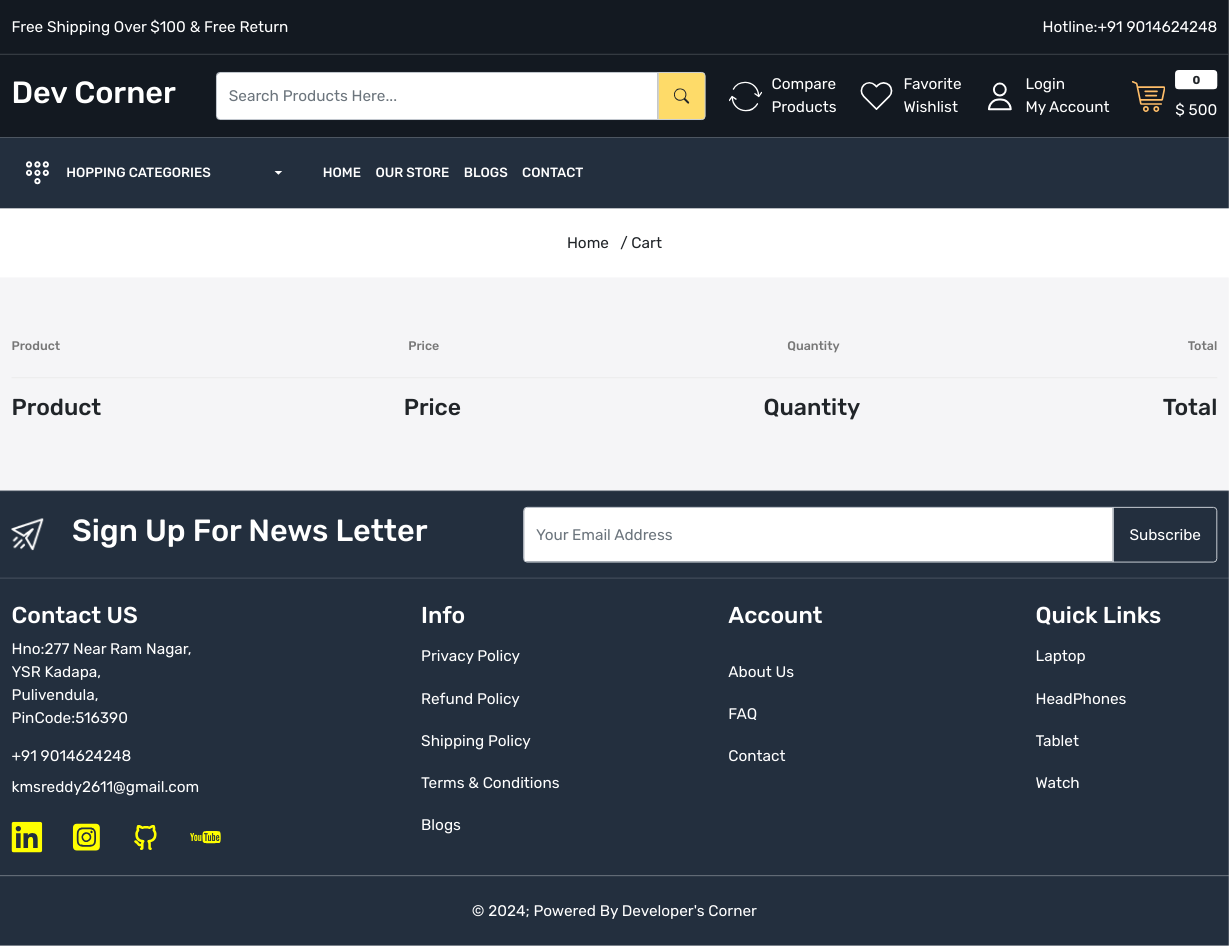
Repository: maniheist/ecommerce-app
Page: /cart
An editor plug-in stored every save of this project. The page is shown before and after the next save, followed by the edit.
The browser window is 1280 px wide. The pictures show the whole page, at 96% of full size.
The project was rebuilt for these pictures with package versions that can differ from the ones it lists, and the page was loaded fresh each time. Also part of the build but not shown: src/components/BlogCard.js, src/components/ProductCard.js, src/components/SpecialProduct.js, src/pages/Home.js, src/pages/About.js, src/pages/Contact.js, src/components/Color.js, src/pages/OurStore.js and 13 more.

Above is the page before, as saved 2024-02-21 17:16:21.

### public/index.html
<!DOCTYPE html>
<html lang="en">
  <head>
    <meta charset="utf-8" />
    <link rel="icon" href="%PUBLIC_URL%/favicon.ico" />
    <meta name="viewport" content="width=device-width, initial-scale=1" />
    <meta name="theme-color" content="#000000" />
    <meta
      name="description"
      content="Web site created using create-react-app"
    />
    <link rel="apple-touch-icon" href="%PUBLIC_URL%/logo192.png" />

    <link rel="preconnect" href="https://fonts.googleapis.com" />
    <link rel="preconnect" href="https://fonts.gstatic.com" crossorigin />
    <link
      href="https://fonts.googleapis.com/css2?family=Rubik:ital,wght@0,300..900;1,300..900&display=swap"
      rel="stylesheet"
    />
    <link
      href="https://cdn.jsdelivr.net/npm/bootstrap@5.0.2/dist/css/bootstrap.min.css"
      rel="stylesheet"
      integrity="sha384-EVSTQN3/azprG1Anm3QDgpJLIm9Nao0Yz1ztcQTwFspd3yD65VohhpuuCOmLASjC"
      crossorigin="anonymous"
    />
    <link rel="manifest" href="%PUBLIC_URL%/manifest.json" />

    <title>React Redux App</title>
  </head>
  <body>
    <noscript>You need to enable JavaScript to run this app.</noscript>
    <div id="root"></div>
    <script
      src="https://cdn.jsdelivr.net/npm/bootstrap@5.0.2/dist/js/bootstrap.bundle.min.js"
      integrity="sha384-MrcW6ZMFYlzcLA8Nl+NtUVF0sA7MsXsP1UyJoMp4YLEuNSfAP+JcXn/tWtIaxVXM"
      crossorigin="anonymous"
    ></script>
  </body>
</html>

### src/index.js
import React from 'react';
import { createRoot } from 'react-dom/client';

import App from './App';

const container = document.getElementById('root');
const root = createRoot(container);

root.render(

      <App />

);

### src/App.js
import React from 'react';
import './App.css';
import {BrowserRouter,Routes,Route} from "react-router-dom";
import Layout from "./components/Layout";
import Home from "./pages/Home"
import About from "./pages/About"
import Contact from "./pages/Contact"
import OurStore from './pages/OurStore';
import Blog from "./pages/Blog";
import CompareProduct from './pages/CompareProduct';
import Wishlist from './pages/Wishlist';
import Login from './pages/Login';
import Forgotpassword from './pages/Forgotpassword';
import Signup from './pages/Signup';
import Resetpassword from './pages/Resetpassword';
import SingleBlog from './pages/SingleBlog';
import PrivacyPolicy from './pages/PrivacyPolicy';
import RefundPolicy from './pages/RefundPolicy';
import ShippingPolicy from './pages/ShippingPolicy';
import TermAndConditions from './pages/TermAndConditions';
import SingleProduct from './pages/SingleProduct';
import Cart from './pages/Cart';
function App() {
  return (
    <>
      <BrowserRouter>
        <Routes>
        <Route path="/" element={<Layout />}>
<Route index element={<Home />} />
<Route path="about" element={<About />}/>
<Route path="contact" element={<Contact />}/>
<Route path="product" element={<OurStore />}/>
<Route path="product/:id" element={<SingleProduct />}/>
<Route path="blogs" element={<Blog />}/>
<Route path="blog/:id" element={<SingleBlog />}/>
<Route path="cart" element={<Cart />}/>
<Route path="compare-product" element={<CompareProduct />}/>
<Route path="wishlist" element={<Wishlist />}/>
<Route path="login" element={<Login />}/>
<Route path="forgot-password" element={<Forgotpassword />}/>
<Route path="signup" element={<Signup />}/>
<Route path="reset-password" element={<Resetpassword />}/>
<Route path="privacy-policy" element={<PrivacyPolicy />}/>
<Route path="refund-policy" element={<RefundPolicy />}/>

<Route path="shipping-policy" element={<ShippingPolicy />}/>
<Route path="term-conditions" element={<TermAndConditions />}/>


        </Route>

        </Routes>
      </BrowserRouter>
    </>

  );
}

export default App;

### src/App.css
*{
  margin:0;
  padding:0;
  box-sizing:border-box;
}
:root{
  --color-131921:#131921;
  --color-3b4149:#3b4149;
--color-febd69:#fedb69;
--color-232f3e:#232f3e;
--color-bf4800:#bf4800;
--color-f5f5f7:#f5f5f7;
--color-ededed:#ededed;
--color-777777:#777777;
--color-1c1b1b:#1c1b1b;
--color-f2f2f2:#f2f2f2;
}

.section-heading{
  font-size: 26px;
  line-height: 32px;
  font-weight: 500;
  margin-bottom: 30px;

}
.card-wrapper{
  background-color: white;
  box-shadow: 0 0 10px #0000001a;
  padding: 15px;
}

.button{
  background-color:var(--color-232f3e) ;
  color: white;
  padding: 13px 33px;
  font-size: 14px;
  border-radius: 15px;
}
.button:hover{
  background-color: var(--color-febd69);
  color:#131921
}
body {
  font-family:"Rubik", sans-serif;
}
a {
  text-decoration:none;
  display:inline-block;
}

.form-control:focus{
  box-shadow:none;
  border-color: inherit;
}

/*header part*/
.header-top-strip{
  border-bottom: 1px solid var(--color-3b4149);
  background-color:var(--color-131921) ;
}

.header-upper{
  background-color: var(--color-131921);
}

.header-bottom{
  background-color: var(--color-232f3e);
}

.header-upper .input-group-text{
  background-color: var(--color-febd69);
}

.header-upper.header-upper-links img{
  width:35px;
  height: 35px;
}

.gap-10{
  gap: 10px;
}


.gap-15{
  gap: 15px;
}

.gap-30{
  gap: 30px;
}
.header-bottom .menu-links a,
.header-bottom .dropdown button
{
  color: white;
  font-size: 14px;
  line-height: 18px;
  font-weight: 480;
  letter-spacing:0.3;
  text-transform: uppercase;
}

.header-bottom .dropdown button:focus{
  box-shadow: none;
}

.header-bottom .dropdown-menu{
  background-color: var(--color-131921);
  width:100%;
  transform: translate3d(0px,57px,0px) !important;
}

.header-bottom .dropdown-item{
  padding:20px;
  margin-bottom: 3px;
  border-bottom: 1px solid var(--color-3b4149)
  ;

}
.header-bottom .dropdown-item:hover{
  background-color: transparent;
  color: var(--color-febd69) !important;
}
/*header part end */


/*footer part  */

footer{
  background-color: var(--color-232f3e);
}



footer:not(:first-child){
  border-top:1px solid rgba(255,255,255,0.1);

}

footer .input-group-text{
  background-color: var(--color-232f3e);
  color:white;
  padding:8px 17px;
}
/* footer part end */

/*Home page*/

.main-banner-content{
  top:15%;
  left:5%;
}

.main-banner-content h4{

  font-size: 19px;
  font-weight: 400;
  line-height: 24px;
  color:var(--color-bf4800);
  margin: 0 0 12px;
  letter-spacing: 0.3px;
  text-transform: uppercase;

}

.main-banner-content h5{
  font-size: 52px;
  font-weight: 500;
  line-height: 64px;
  letter-spacing: -2px;
  text-transform: none;

}

.main-banner-content p{
  font-size: 18px;
  line-height: 28px;
  letter-spacing: 0.4px;
  font-weight: 100;
  color: var(--color-131921);
}


.small-banner-content{
  top:25%;
  left:10%;
}

.small-banner-content h4{

  font-size: 21px;
  font-weight: 400;
  line-height: 24px;
  color:var(--color-bf4800);
  margin: 0 0 12px;
  letter-spacing: 0.3px;
  text-transform: uppercase;
}
.small-banner-content h5{
  font-size: 33px;
  font-weight: 500;
  line-height: 34px;
  letter-spacing: -2px;
  text-transform: none;

}

.small-banner-content p{
  font-size: 18px;
  line-height: 28px;
  letter-spacing: 0.4px;
  font-weight: 100;
  color: var(--color-131921);
}

.small-banner{
  width: 49%;

}


/* Home wrapper 2 */

.home-wrapper-2{
  background-color: var(--color-f5f5f7);

}

/* Home wrapper 2 ends */

/* categories section */

.categories{
  background-color: white;
  box-shadow: 0 0 10px #0000001a;
  padding: 15px;
}

.categories > div{
  width:25%;
  padding: 10px 10px 10px 20px;
}

.categories > div:nth-child(1),
.categories > div:nth-child(2),
.categories > div:nth-child(3),
.categories > div:nth-child(4){
  border-bottom: 1px solid var(--color-ededed) ;
}

.categories>div>div{
  width:60%
}

.categories > div:nth-child(1),
.categories > div:nth-child(2),
.categories > div:nth-child(3){
  border-right: 1px solid var(--color-ededed) ;
}

.categories > div:nth-child(5),
.categories > div:nth-child(6),
.categories > div:nth-child(7){
  border-right: 1px solid var(--color-ededed) ;
}
/* categories end */

/* Home Page End */


/* Blogcard */

.blog-card{
  background-color: white;
  padding:20px;
  border-radius:10px;
}

.blog-card img{
  border-top-left-radius:10px;
  border-top-right-radius:10px;
}

.blog-content{
  padding: 15px;

}

.blog-contentp.date{
  font-size: 13px;
  line-height: 24px;
  text-transform: uppercase;
  letter-spacing: 0;
  font-weight: 400;
  color: var(--color-777777);
  padding: 0;

}

.blog-content h5{
  font-size: 18px;
  color: var(--color-131921);
}


.blog-content p.desc{
  font-size: 13px;
  line-height: 22px;
  color: var(--color-777777);
}

.single-blog-card a{
  font-size: 18px;
  color: var(--color-777777);;
  margin-bottom: 20px;
}
.single-blog-card h3{
  font-size: 24px;
  font-weight: 600;
  color: var(--color-1c1b1b);

}

.single-blog-card p{
  color: var(--color-777777);
  font-size: 14px;
}




/*Blogcard ends*/


/* product card */

.product-card{
  padding: 15px;
  background-color: white;
  border-radius: 13px;
overflow:hidden;
width: 100%;
}

.product-card .product-image{
  height: 270px;
}

.product-card .product-image img{
  object-fit: contain;
}
.product-card .product-image> img:last-child{
  display: none;
}
.product-card:hover .product-image > img:nth-child(1){
display: none;

}
.product-card:hover .product-image>img:last-child{
  display: block;


}



.product-card:hover .action-bar{
  right: 15px;

}
.product-card .product-details h6 {
  color:var(--color-bf4800);
  font-size: 13px;



}


.product-card .product-details h5{
  font-size: 15px;
  color: var(--color-1c1b1b);
}

.product-card.product-details p.price{
  font-size: 16px;
  color: var(--color-1c1b1b);
}

.product-card p.description{
  font-size: 13px;
  color: var(--color-777777);
  margin-right: 20px;
}

.action-bar{
  top: 10%;
  right:-23px;
  transition: 0.3s;
}


.wishlist-icon{
  top: 2%;
  right:15px;

}
/* product card ends */

/* special product */

.special-product-card{
  padding:20px 10px;
  border-radius: 10px;
  background-color: white;
}

.special-product-card .badge{
  background-color:#eb353b !important;
}


/* special product ends */

/* famous start */

.famous-card .famous-content{
  top: 10%;
  left: 5%;

}

.famous-card img{
  border-radius: 10px;
}

.famous-content h5{
  font-size: 13px;
  line-height: 20px;
  font-weight: 400px;
  color: white;
  margin-bottom: 7px;
  text-transform: uppercase;

}
.famous-content h6{
  font-size: 24px;
  line-height: 38px;
  font-weight: 500;
  color: white;
}
.famous-content p{
  font-size: 16px;
  line-height: 24px;
  color: white;
  font-weight: 100;
}

/* famous ends */

/* Our Store Start */

.filter-card{
  background-color: white;
  border-radius: 10px;
  padding: 15px 15px 25px;
}

.filter-title{
  font-size: 16px;
  line-height: 20px;
  font-weight: 600;
  color: var(--color-1c1b1b);
  margin-bottom: 20px;
}

.filter-card ul,
.filter-card .form-check-label {
  list-style-type:none;
  font-size: 13px;
  line-height: 30px;
  color: var(--color-777777);
  cursor: pointer;
}

.filter-card .form-check-input:focus{
  box-shadow: none;
  border-color: rgba(0,0,0,0.25);
}
.filter-card .form-check-input:checked{
background-color: var(--color-febd69);
  border-color: var(--color-febd69);

}
.sub-title{
  font-size: 40px;
  font-weight: 600;
  color: var(--color-1c1b1b);
  margin-bottom: 15px;
  margin-top: 20px;
}

.colors{
  list-style-type: none;
  display: flex;
  flex-wrap: wrap;
  gap: 10px;
}
.colors .one{
  width: 20px;
  height: 20px;
  background-color: red;
  border-radius: 50%;
}
.colors .two{
  width: 20px;
  height: 20px;
  background-color: blue;
  border-radius: 50%;
}
.colors  .three{
  width: 20px;
  height: 20px;
  background-color: yellow;
  border-radius: 50%;
}
.colors  .four{
  width: 20px;
  height: 20px;
  background-color: pink;
  border-radius: 50%;
}
.colors  .five{
  width: 20px;
  height: 20px;
  background-color: black;
  border-radius: 50%;
}
.colors  .six{
  width: 20px;
  height: 20px;
  background-color: brown;
  border-radius: 50%;
}

.colors  .seven{
  width: 20px;
  height: 20px;
  background-color:chocolate;
  border-radius: 50%;
}

.random-products h5{
font-size: 14px;
margin-bottom: 8px;
}

.random-products:first-child{
  border-bottom: 1px solid var(--color-ededed);
}

.filter-sort-grid{
  padding: 10px;
  background-color: white;
  border-radius: 10px;
}

.grid img{
  width: 35px;
  height: 35px;
  background-color: var(--color-f2f2f2);
  padding: 8px;
  border-radius: 3px;
  cursor: pointer;
}
.grid img:hover{
  background-color:burlywood;
}

.g-12{
  width: 100%;

}
.gr-6{
  width: 49%;
}
.gr-4{
  width: 32%;
}
.gr-3{
  width: 24%;

}

.gr-12 .product-card{
  display: flex;
  gap:20px;
}
.gr-6 .product-image{
  width: 100%;
}
.gr-6 .product-image img{
  margin: auto;
  display: block;
}
.gr-12 .product-card .product-image{
  width: 270px;
}

.gr-12 .product-card .product-image{
  height: auto;
}
.gr-12 .action-bar{top: 17%;}


/* Our store ends */


/* contact us starts*/

.contact-inner-wrapper{
  padding:30px 20px;
  border-radius: 15px;
  background-color: white;
  gap:15px;
}
.contact-inner-wrapper>div{
  width: 48%;
}

.contact-title{
  font-size: 26px;
  font-weight: 500;
  line-height: 35px;
  text-align: left;

}

.contact-inner-wrapper form .form-control{
  background-color: var(--color-f5f5f7);
  border-radius: 10px;
  border-color: transparent;
  padding: 10px;
}

.contact-inner-wrapper ul{
  list-style: none;
}

.contact-inner-wrapper address,.contact-inner-wrapper a,.contact-inner-wrapper p{
  color: var(--color-777777);
}

/* contact us ends */

/* compare products */

.compare-product-card {
  padding: 20px 15px;
  background-color: white;
  border-radius: 10px;

}

.compare-product-card .cross ,.wishlist-card .cross{
  top: 15px;
  right: 15px;
  width: 25px;
  padding: 3px;
cursor: pointer;
}

.compare-product-details h5.title, .wishlist-card h5.title{
  font-size: 15px;
  line-height: 22px;
  font-weight: 500;
  color: var(--color-1c1b1b);
}

.compare-product-details h6.price, .wishlist-card h6.price{
font-size: 15px;
line-height: 22px;
font-weight: 400;
}

.compare-product-card .product-detail{
  display: flex;
  justify-content: space-between;
  align-items: center;
  padding: 10px 0px;
  border-top: 1px solid rgba(0,0,0,0.1);
}




/* compare products ends */


/* login starts */

.auth-card{
  padding: 20px;
  background-color: white;
  width: 500px;
  margin: 30px auto;
  border-radius: 10px;
}

.auth-card p{
  font-size: 13px;
  color: var(--color-777777);
}
.auth-card h3{
  font-size: 19px;
  font-weight: 500;

color: var(--color-777777);
}

.auth-card .form-control{
  height: 50px;
  background-color: var(--color-f5f5f7);
  color: var(--color-777777);
  border-radius: 10px;
  border-color: transparent;
  font-size: 14px;
}

.auth-card a{
  font-size: 14px;
  font-weight: 400;
  color: var(--color-1c1b1b);
}

.signup{
  background-color: var(--color-febd69);
  color: var(--color-131921);
  border: none;
}

.signup:hover {
  background-color: var(--color-131921);
  color:white;
}

/*login ends */


/* Policy starts */

.policy{
  background-color: white;
  padding: 30px;
}





/* policy Ends */


/* main product page starts*/

.description-wrapper h4, .reviews-wrapper h3{
font-size: 26px;
color: var(--color-1c1b1b);
margin-bottom: 10px;
}

.description-wrapper p{
  font-size: 14px;
  counter-reset: var(--color-777777);;
}
.review-inner-wrapper{
  background-color: white;
  padding: 30px;}
.review-head{
border-bottom: 1px solid rgba(0,0,0,0.1);
padding-bottom: 20px;
}

.review-head p, .review-head a{
  font-size: 14px;
  color: var(--color-777777);
}

.review-head h4{
  font-size: 18px;
  color: var(--color-1c1b1b);

}

.review-form h4{
  font-size: 16px;
  color: var(--color-777777);
}

.review-form{
    border-bottom: 1px solid rgba(0,0,0,0.1);

}
.review:not(:last-child){
  border-bottom: 1px solid rgba(0,0,0,0.1);
}
.review p{
  font-size: 14px;
  color: var(--color-777777);
}

.main-product-image{
  padding:20px;
  background-color: white;
  border-radius: 10px;
}

.main-product-image>div{
  border: 1px solid rgba(0,0,0,0.25);
}

.main-product-image img {
  width: 61% !important;
  height: 500px !important;
  object-fit: cover;
}

.other-product-images{
  background-color: white;
  padding: 20px;

}
.other-product-images>div{
  padding: 20px;
  width: 48%;
border: 1px solid rgba(0,0,0,0.25);
}

.main-product-image .js-image-zoom__zoomed-image{
  left: 40px !important;
  padding: 10px;
  background-color: white;
  border-radius: 10px;
  z-index:1000;
}

.main-product-details{
  padding: 30px 20px;
  border-radius: 10px;
  background-color: white;
}

.border-bottom{
  border-bottom: 1px solid rgba(0,0,0,0.25);
}

.main-product-details h3.title{
  font-size: 18px;
  font-weight: 600;
  color: var(--color-1c1b1b);
  margin-bottom: 10px;
}

.main-product-details p.price{
  font-size: 16px;
  line-height: 20px;
  font-size: 600;
  margin-bottom: 10px;
}

.main-product-details a.review-btn,.t-review{
  color: var(--color-777777);
  font-size: 13px;
}

.product-heading{
font-size: 14px;
color:var(--color-1c1b1b);
margin-bottom: 0px;
}
.product-data{
  font-size: 13px;
  columns: var(--color-777777);
  margin-bottom: 0px;
}
.main-product-details a{
  font-size: 14px;
  color: var(--color-777777);
}

/* main product page ends */


/* cart page starts */
.cart-header{
  border-bottom: 1px solid #eaeaea;
}
.cart-header h4 {
font-size: 13px;
color: var(--color-777777);

}





/* cart page ends */

### src/components/Layout.js
import React from 'react'
import {Outlet} from "react-router-dom";
import Header from "./Header";
import Footer from "./Footer";
const Layout = () => {
  return (
    <>
            <Header />
            <Outlet />
            <Footer />

    </>
  )
}

export default Layout

### src/pages/Cart.js
import React from 'react'
import BreadCrumb from '../components/BreadCrumb';
import {Link} from 'react-router-dom';
import Meta from '../components/Meta';
const Cart = () => {
  return <>

      <Meta title={"Cart"}></Meta>
    <BreadCrumb title='Cart'/>
    <section className='cart-wrapper home-wrapper-2 py-5'>
        <div className='container-xxl'>
            <div className='row'>
                <div className='col-12'>
                    <div className='cart-header py-3 d-flex justify-content-between align-items center'>
                    <h4>Product</h4>
                    <h4>Price</h4>
                    <h4>Quantity</h4>
                    <h4>Total</h4>

                    </div>
                    <div className='cart-data py-3 d-flex justify-content-between align-items center'>
                    <h4>Product</h4>
                    <h4>Price</h4>
                    <h4>Quantity</h4>
                    <h4>Total</h4>

                    </div>
                </div>
            </div>
        </div>
    </section>
  </>
}

export default Cart

### src/components/BreadCrumb.js
import React from 'react'
import {Link} from 'react-router-dom';
const BreadCrumb = (props) => {
    const {title}=props;
  return (
    <div className='breadcrumb mb-0 py-4'>
      <div className='container-xxl'>
        <div className='row'>
            <div className='col-12'>
                <p className='text-center mb-0'><Link to='/' className='text-dark'>Home &nbsp; </Link> / {title}</p>
            </div>
        </div>
      </div>
    </div>
  )
}

export default BreadCrumb

### src/components/Meta.js

import React from 'react'
import {Helmet} from "react-helmet";

const Meta = (props) => {
  return (
    <Helmet>
                <meta charSet="utf-8" />
                <title>{props.title}</title>
            </Helmet>
  )
}

export default Meta

Loaded but not shown: src/components/Footer.js (105 lines, source omitted); src/components/Header.js (106 lines, source omitted)

After the next save:
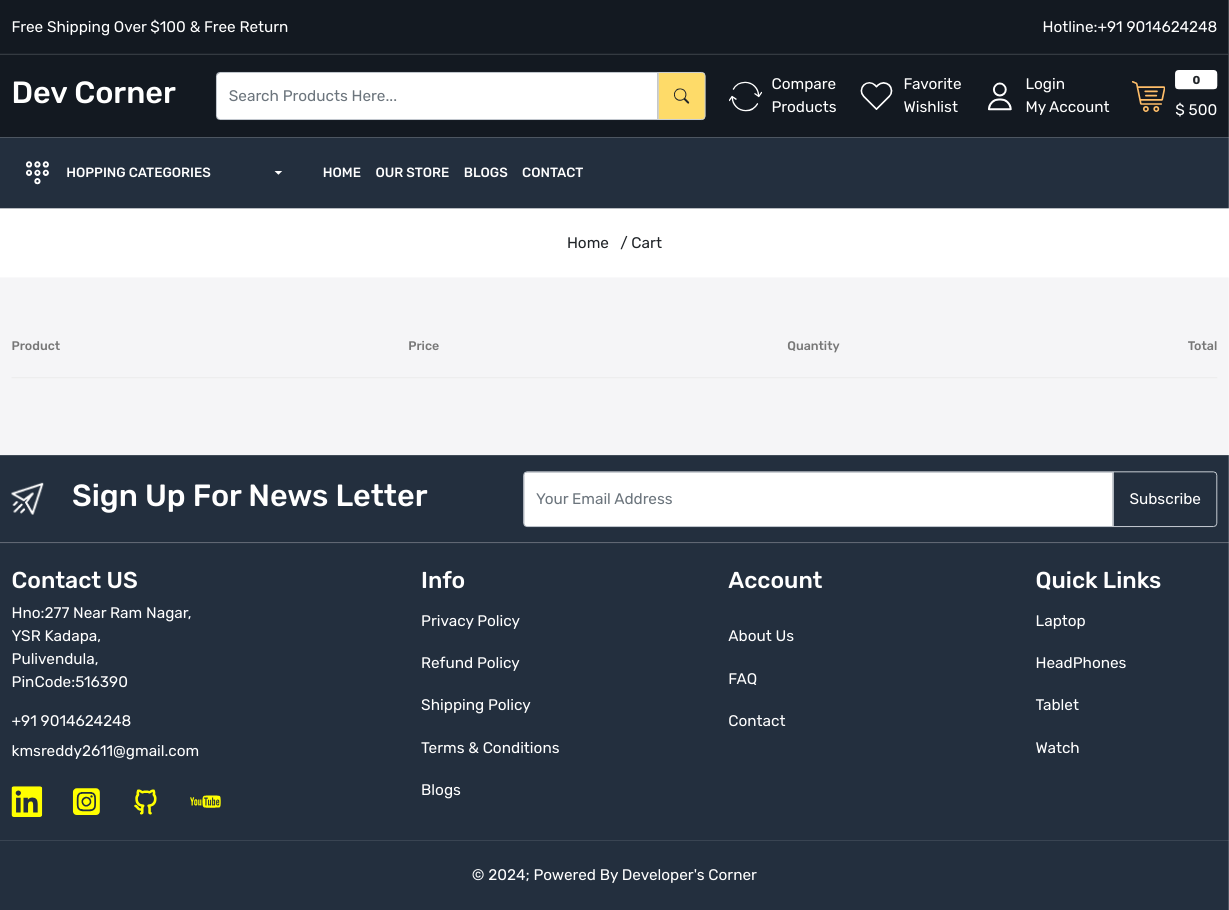
Saved 91 s later.
--- a/src/pages/Cart.js
+++ b/src/pages/Cart.js
@@ -12,17 +12,17 @@ const Cart = () => {
             <div className='row'>
                 <div className='col-12'>
                     <div className='cart-header py-3 d-flex justify-content-between align-items center'>
-                    <h4>Product</h4>
+                    <h4 >Product</h4>
                     <h4>Price</h4>
                     <h4>Quantity</h4>
                     <h4>Total</h4>
 
                     </div>
                     <div className='cart-data py-3 d-flex justify-content-between align-items center'>
-                    <h4>Product</h4>
-                    <h4>Price</h4>
-                    <h4>Quantity</h4>
-                    <h4>Total</h4>
+                    <div className='cart-col-1'></div>
+                    <div className='cart-col-2'></div>
+                    <div className='cart-col-3'></div>
+                    <div className='cart-col-4'></div>
 
                     </div>
                 </div>
